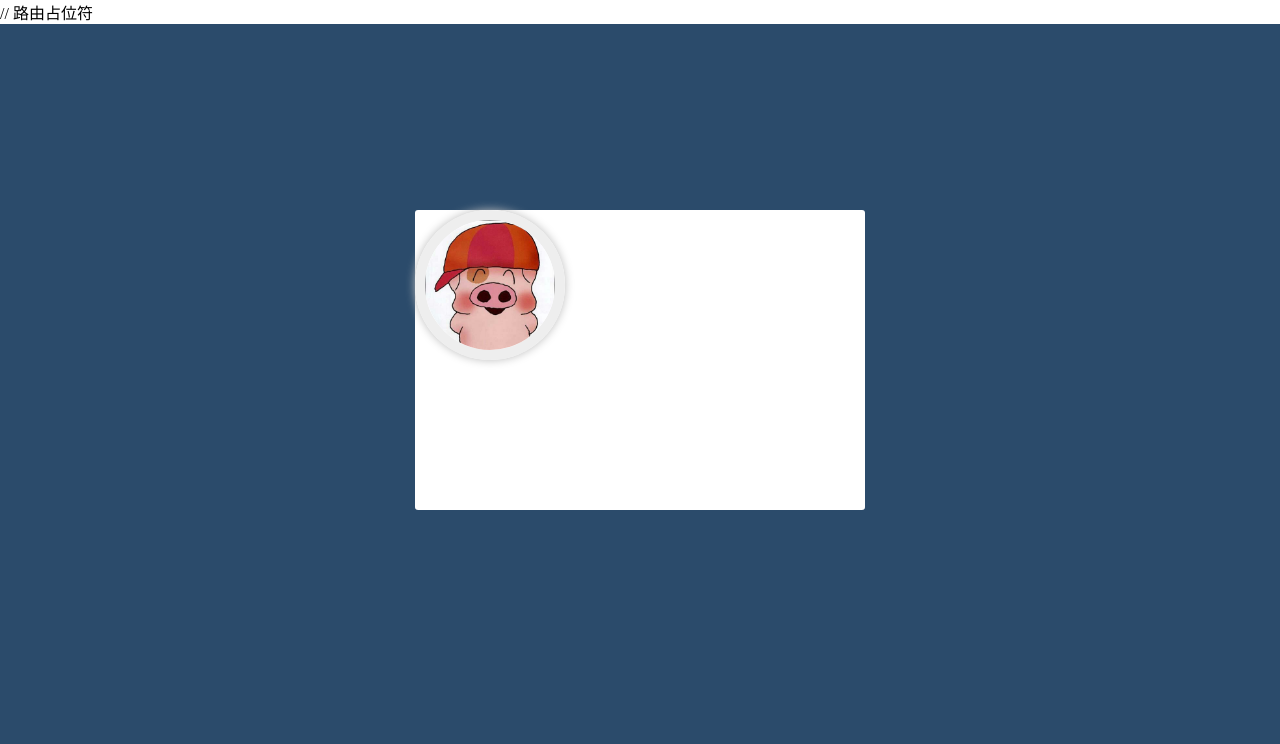
Repository: Japcy/onetwothree
Page: /
These files come from the project's save history. The page is drawn as it stood at one moment and after the next save; the edit follows.
The browser window is 1280 px wide. The pictures show the whole page.
The project was rebuilt for these pictures with package versions that can differ from the ones it lists, and the page was loaded fresh each time.

Above is the page before, as saved 2020-02-28 23:47:03.

### src/main.js
import Vue from 'vue'
import App from './App.vue'
import router from './router'
import './plugins/element.js'
// 导入全局样式表
import './assets/css/global.css'

Vue.config.productionTip = false

new Vue({
  router,
  render: h => h(App)
}).$mount('#app')

### src/App.vue
<template>
  <div id="app">
    // 路由占位符
    <router-view></router-view>
  </div>
</template>

<script>

export default {
  name: 'app',
  components: {
  }
}
</script>

<style>

</style>

### src/router/index.js
import Vue from 'vue'
import VueRouter from 'vue-router'
import Login from '../components/Login.vue'

Vue.use(VueRouter)

const routes = [
  {
    path: '/',
    redirect: '/login'
  },
  {
    path: '/login',
    component: Login
  }
]

const router = new VueRouter({
  routes
})

export default router

### src/components/Login.vue
<template>
  <div class="login">
    <div class="login-box">
      <div class="avatar">
        <img src="../assets/img/logo.jpg" alt />
      </div>
    </div>
  </div>
</template>

<script type="text/ecmascript-6">
export default {
  name: 'login',
  data () {
    return {}
  },
  components: {},
  methods: {}
}
</script>

<style lang="less" scoped>
.login {
  background-color: #2b4b6b;
  height: 100%;
}
.login-box {
  width: 450px;
  height: 300px;
  background-color: #fff;
  border-radius: 3px;
  position: absolute;
  left: 50%;
  top: 50%;
  transform: translate(-50%, -50%);

  .avatar {
    width: 130px;
    height: 130px;
    border: 10px solid #eee;
    border-radius: 50%;
    overflow: hidden;
    box-shadow: 0 0 10px #bbb;
    img {
      width: 100%;
      height: auto;
    }
  }
}
</style>

Loaded but not shown: public/index.html (common file); src/plugins/element.js (common file); src/assets/css/global.css (common file)

After the next save:
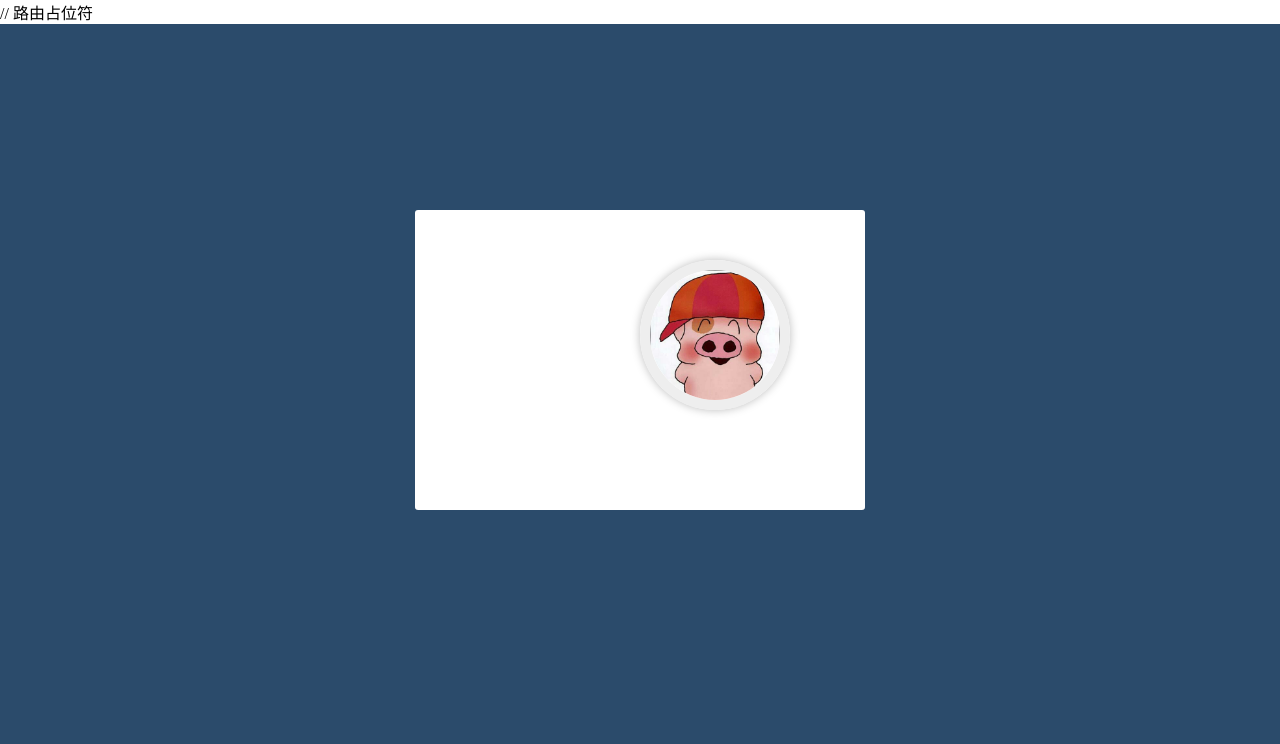
Saved 79 s later.
--- a/src/components/Login.vue
+++ b/src/components/Login.vue
@@ -41,6 +41,9 @@
     border-radius: 50%;
     overflow: hidden;
     box-shadow: 0 0 10px #bbb;
+    position: absolute;
+    left: 50%;
+    top: 50px;
     img {
       width: 100%;
       height: auto;
